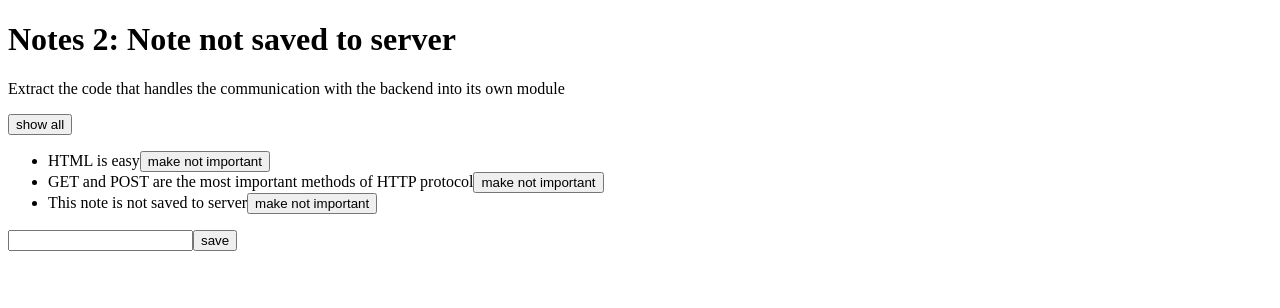
Repository: mariocapitbrok/helsinki-fullstack
Page: / (app in part2/)
The author's editor kept a copy of each file at every save. The page is drawn from the files as they stood at one save, then again after the next save.
The browser window is 1280 px wide. The pictures show the whole page.
The project was rebuilt for these pictures with package versions that can differ from the ones it lists, and the page was loaded fresh each time. Requests to the local data server were answered from the project's data file.

Above is the page before, as saved 2022-02-10 07:15:56.

### part2/src/App.js
import React, { useState, useEffect } from 'react'
import Note from './components/Note'
import noteService from './services/notes'

const App = () => {
  const [notes, setNotes] = useState([])
  const [newNote, setNewNote] = useState('')
  const [showAll, setShowAll] = useState(false)

  useEffect(() => {
    noteService.getAll().then((initialNotes) => {
      setNotes(initialNotes)
    })
  }, [])

  const toggleImportanceOf = (id) => {
    const note = notes.find((note) => note.id === id)
    const changedNote = { ...note, important: !note.important }

    noteService
      .update(id, changedNote)
      .then((returnedNote) => {
        setNotes(notes.map((note) => (note.id !== id ? note : returnedNote)))
      })
      .catch((error) => {
        alert(`the note '${note.content}' was already deleted from server`)
        setNotes(notes.filter((n) => n.id !== id))
      })
  }

  const addNote = (event) => {
    event.preventDefault()
    const noteObject = {
      content: newNote,
      date: new Date(),
      important: Math.random() > 0.5,
    }

    noteService.create(noteObject).then((returnedNote) => {
      setNotes([...notes, returnedNote])
      setNewNote('')
    })
  }

  const handleNoteChange = (event) => {
    //console.log(event.target.value)
    setNewNote(event.target.value)
  }

  const notesToShow = showAll ? notes : notes.filter((note) => note.important)

  return (
    <div>
      <h1>Notes 2: Note not saved to server</h1>
      <p>
        Extract the code that handles the communication with the backend into
        its own module
      </p>
      <div>
        <button onClick={() => setShowAll(!showAll)}>
          show {showAll ? 'important' : 'all'}
        </button>
      </div>
      <ul>
        {notesToShow.map((note) => (
          <Note
            key={note.id}
            note={note}
            toggleImportance={() => toggleImportanceOf(note.id)}
          />
        ))}
      </ul>
      <form onSubmit={addNote}>
        <input value={newNote} onChange={handleNoteChange} />
        <button type="submit">save</button>
      </form>
    </div>
  )
}

export default App

### part2/src/components/Note.js
import React from 'react'

const Note = ({ note, toggleImportance }) => {
  const label = note.important ? 'make not important' : 'make important'
  return (
    <li>
      {note.content}
      <button onClick={toggleImportance}>{label}</button>
    </li>
  )
}

export default Note

### part2/src/services/notes.js
import axios from 'axios'
const baseUrl = 'http://localhost:3001/notes'

const getAll = () => {
  const request = axios.get(baseUrl)
  const nonExisting = {
    id: 10000,
    content: 'This note is not saved to server',
    date: '2009-05-30T17:30:31.098Z',
    important: true,
  }
  return request.then((response) => response.data.concat(nonExisting))
}

const create = (newObject) => {
  const request = axios.post(baseUrl, newObject)
  return request.then((response) => response.data)
}

const update = (id, newObject) => {
  const request = axios.put(`${baseUrl}/${id}`, newObject)
  return request.then((response) => response.data)
}

export default { getAll, create, update }

Loaded but not shown: part2/public/index.html (common file); part2/src/index.js (common file); part2/db.json (common file)

After the next save:
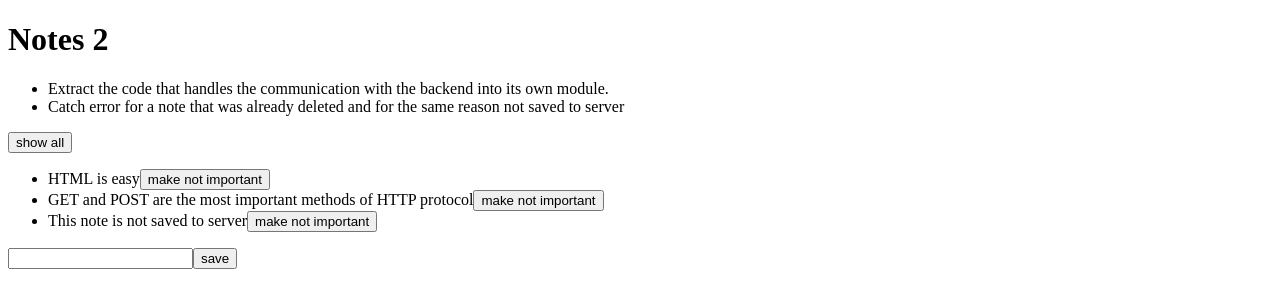
Saved 93 s later.
--- a/part2/src/App.js
+++ b/part2/src/App.js
@@ -51,11 +51,17 @@ const App = () => {
 
   return (
     <div>
-      <h1>Notes 2: Note not saved to server</h1>
-      <p>
-        Extract the code that handles the communication with the backend into
-        its own module
-      </p>
+      <h1>Notes 2</h1>
+      <ul>
+        <li>
+          Extract the code that handles the communication with the backend into
+          its own module.
+        </li>
+        <li>
+          Catch error for a note that was already deleted and for the same
+          reason not saved to server
+        </li>
+      </ul>
       <div>
         <button onClick={() => setShowAll(!showAll)}>
           show {showAll ? 'important' : 'all'}
